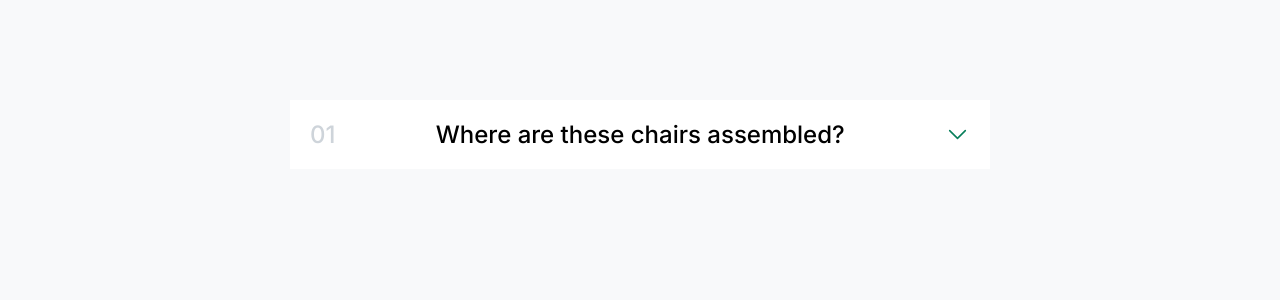
Repository: Ahmed123rezk123/06-Components
Page: accordion.html
The author's editor kept a copy of each file at every save. The page is drawn from the files as they stood at one save, then again after the next save.
The browser window is 1280 px wide. The pictures show the whole page.

Above is the page before, as saved 2024-09-16 02:50:15.

After the next save:
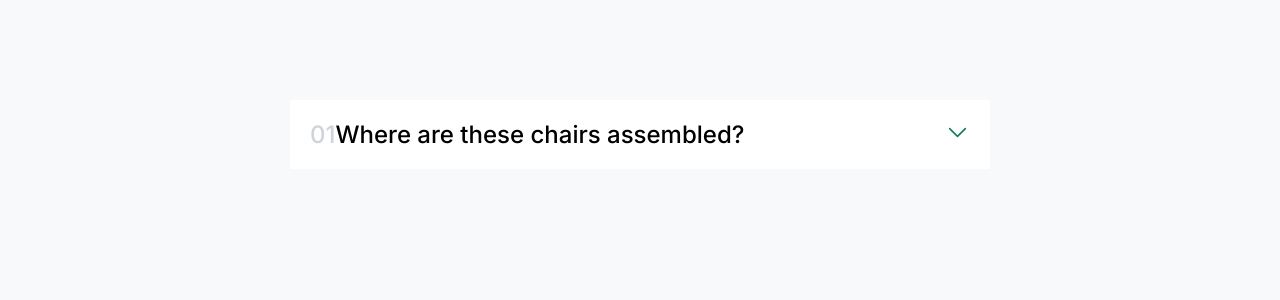
Saved 103 s later.
--- a/accordion.css
+++ b/accordion.css
@@ -18,9 +18,8 @@ body {
 .item {
   background-color: #fff;
   padding: 20px 20px;
-  display: flex;
-  align-items: center;
-  justify-content: space-between;
+  display: grid;
+  grid-template-columns: auto 1fr auto;
 }
 .number,
 .text {
